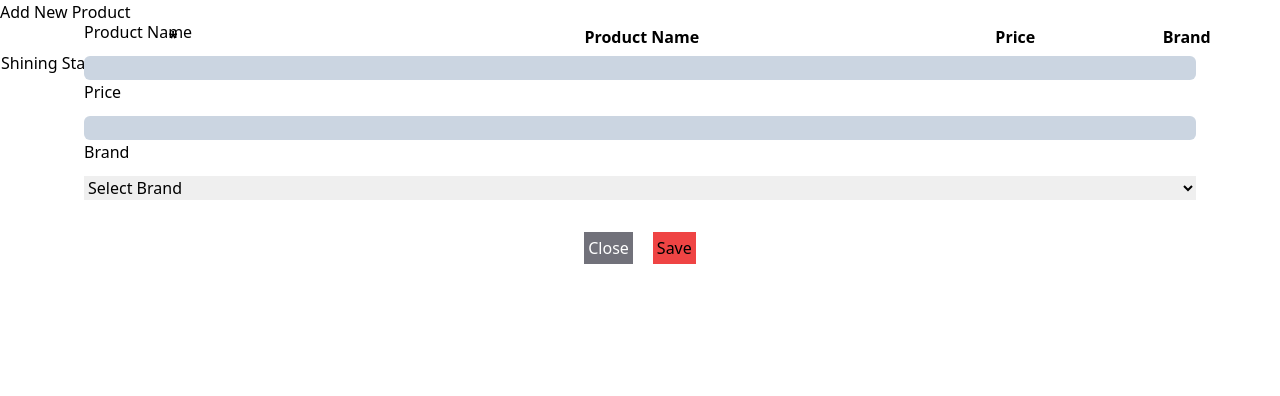
Repository: Semanmernstack/next-13-prisma-crud
Page: /product, after clicking the first element matching `button`
The author's editor kept a copy of each file at every save. The page is drawn from the files as they stood at one save, then again after the next save.
The browser window is 1280 px wide. The pictures show the whole page.
The project was rebuilt for these pictures with package versions that can differ from the ones it lists, and the page was loaded fresh each time. The framework's server and built-in components were replaced by stand-ins that run in the browser. Also part of the build but not shown: next.config.js.

Above is the page before, as saved 2023-06-01 01:42:34.

After the next save:
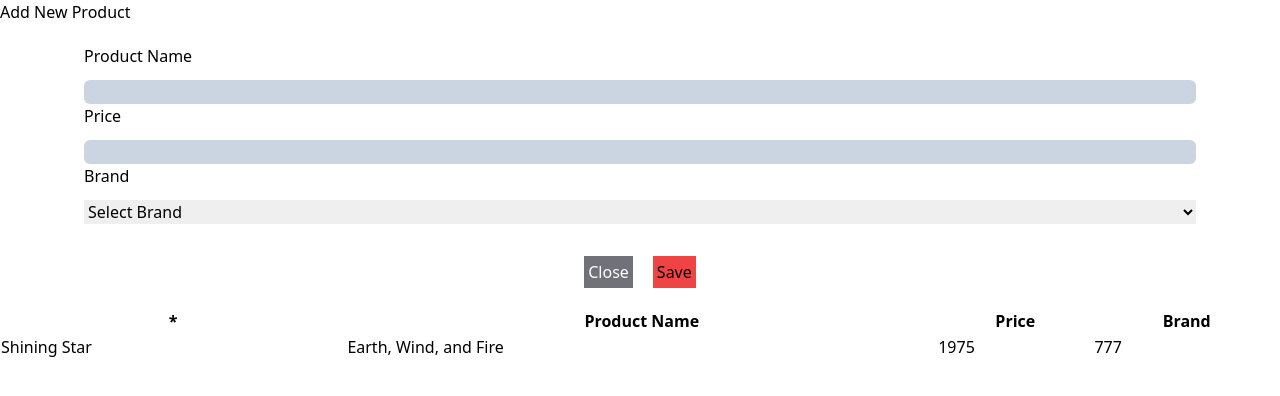
Saved 73 s later.
--- a/app/components/AddPrisma.tsx
+++ b/app/components/AddPrisma.tsx
@@ -12,8 +12,8 @@
     <div className='relative '>
         <button onClick={() => setOpen(true)}>Add New Product</button>
         {open ? (
-            <div className="absolute justify-center items-center inset-0 ">
-                <form className=" flex flex-col mx-auto max-w-6xl justify-center items-center inset-0   decoration-slate-400 p-5 z-50" >
+            <div className=" mx-auto max-w-6xl justify-center items-center inset-0 z-50">
+                <form className=" flex flex-col   decoration-slate-400 p-5 " >
                     <div className='flex flex-col space-y-3 w-full'>
                         <label>Product Name</label>
                         <input className='w-full bg-slate-300 rounded-md outline-none' type="text" value={product} onChange={(e) => setProduct(e.target.value)} />
